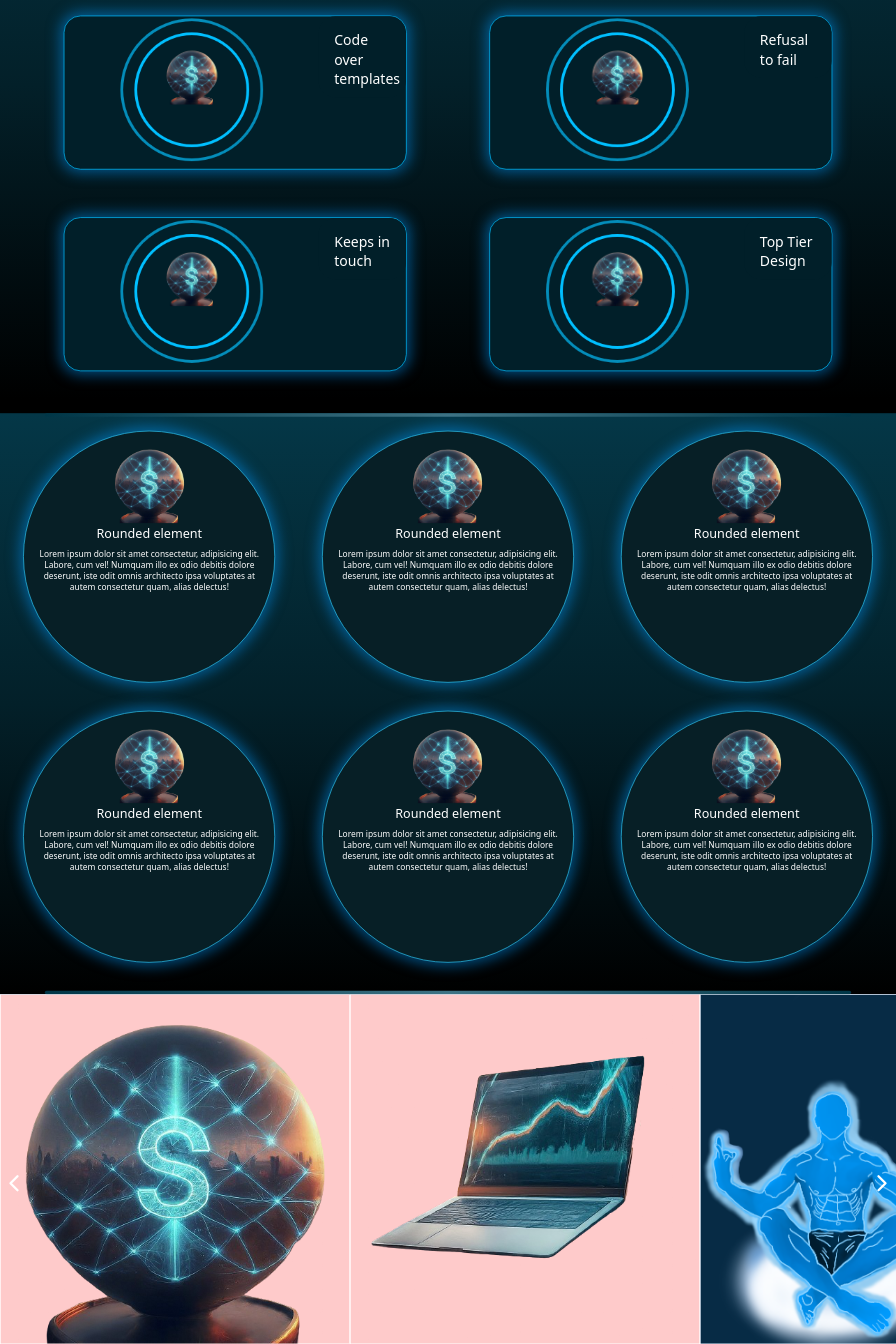
Repository: TMuse333/q3-desings2
Page: /
The author's editor kept a copy of each file at every save. The page is drawn from the files as they stood at one save, then again after the next save.
The browser window is 1280 px wide. The pictures show the part of the page from y = 1046 to 2966 px (the page is 2966 px tall), at 70% of full size.
The project was rebuilt for these pictures with package versions that can differ from the ones it lists, and the page was loaded fresh each time. Also part of the build but not shown: vite.config.ts.

Above is the page before, as saved 2024-05-11 14:05:52.

### src/main.tsx
import React from 'react'
import ReactDOM from 'react-dom/client'
import App from './App.js'
import './index.css'
import {ContextProvider} from './context/context'

ReactDOM.createRoot(document.getElementById('root')!).render(
  <ContextProvider>
  <React.StrictMode>
    <App />
  </React.StrictMode>
  </ContextProvider>,
)

### src/App.tsx


import './App.css'

import Homepage from './components/homepage/homepage'

function App() {


  return (
    <>
<Homepage/>
    </>
  )
}

export default App

### src/index.css
@tailwind base;
@tailwind components;
@tailwind utilities;

#root{
    background-color: black;
    height:100vh;
}

body{
    background-color: black;
}

button{
    padding:0.5rem 2rem;
    background-color: black;
    color:white;
    border-radius: 1rem;
}

h1{
    color:white;
    font-size: 2rem;
}

p{
    color:white;
    /* font-size: 1.5rem; */
}

button{
    background-color: #00769e;
}

.glow {
    box-shadow: 0 0 20px 5px #3e7384;
    box-shadow: 0 0 20px 5px #003647;
box-shadow: 0 0 20px 5px rgba(2, 148, 245, 0.5);
}

.glow:hover{
    box-shadow: 0 0 40px 5px rgba(2, 148, 245, 0.5);
}

### src/context/context.tsx
import React, { createContext, useState, useContext, ReactNode, useEffect } from 'react';

// Define the type for the context value
interface GeneralContextType {
  textYPosition: number;
  setTextYPosition: React.Dispatch<React.SetStateAction<number>>;
  isMobile: boolean;
  setIsMobile: React.Dispatch<React.SetStateAction<boolean>>;
  setSecondCircleComplete:React.Dispatch<React.SetStateAction<boolean[]>>;
  secondCircleComplete: boolean[];
  isMobile2: boolean;
  setIsMobile2: React.Dispatch<React.SetStateAction<boolean>>;
  handleCircleComplete: (index: number, value: boolean) => void;
}

// Create the context
export const GeneralContext = createContext<GeneralContextType | undefined>(undefined);

// Create a provider component
export const ContextProvider: React.FC<{ children: ReactNode }> = ({ children }) => {
  // Initialize the value state
  const [textYPosition, setTextYPosition] = useState<number>(0);

  // Detect mobile devices
  const [isMobile, setIsMobile] = useState<boolean>(window.innerWidth <= 655);

  const [isMobile2, setIsMobile2] = useState<boolean>(window.innerWidth <= 655);

  const [secondCircleComplete, setSecondCircleComplete] = useState<boolean[]>(
    Array.from({ length: 7 }, () => false)
  );

  const handleCircleComplete = (index: number, value: boolean) => {
    setSecondCircleComplete((prev) => {
      const newState = [...prev]; // Create a copy of the previous state array
      newState[index] = value; // Update the value at the specified index
      return newState; // Return the new state array
    });
  };



  useEffect(() => {
    const handleScroll = () => {
      setIsMobile(window.innerWidth <= 655);
    };
    window.addEventListener('scroll', handleScroll);
    handleScroll();

    return () => {
      window.removeEventListener('scroll', handleScroll);
    };
  }, []);

  useEffect(() => {
    const handleScroll = () => {
      setIsMobile2(window.innerWidth <= 400);
    };
    window.addEventListener('scroll', handleScroll);
    handleScroll();

    return () => {
      window.removeEventListener('scroll', handleScroll);
    };
  }, []);

  useEffect(() => {
    console.log('is mobile', isMobile);
  }, [isMobile]);

  const contextValue = {
    textYPosition,
    setTextYPosition,
    isMobile,
    setIsMobile,
    secondCircleComplete,
    setSecondCircleComplete,
    isMobile2,
    setIsMobile2,
    handleCircleComplete
  };

  return <GeneralContext.Provider value={contextValue}>{children}</GeneralContext.Provider>;
};

export const useGeneralContext = (): GeneralContextType => {
  const context = useContext(GeneralContext);
  if (!context) {
    throw new Error('useGeneralContext must be used within a ContextProvider');
  }
  return context;
};

### src/App.css
#root {
  max-width: 1280px;
  margin: 0 auto;
  padding: 2rem;
  text-align: center;
}

.logo {
  height: 6em;
  padding: 1.5em;
  will-change: filter;
  transition: filter 300ms;
}
.logo:hover {
  filter: drop-shadow(0 0 2em #646cffaa);
}
.logo.react:hover {
  filter: drop-shadow(0 0 2em #61dafbaa);
}

.h1{
  color:red;
}

@keyframes logo-spin {
  from {
    transform: rotate(0deg);
  }
  to {
    transform: rotate(360deg);
  }
}

@media (prefers-reduced-motion: no-preference) {
  a:nth-of-type(2) .logo {
    animation: logo-spin infinite 20s linear;
  }
}

.card {
  padding: 2em;
}

.read-the-docs {
  color: #888;
}

### src/components/homepage/homepage.tsx
import React from "react";
import { CircleInfoGraphic } from "../circleInfographic/circleInfoGraphic";
import Content from "../content/content";
import q3 from '../../media/q3-visuals-logo-2.png'
import TextFormat from "../textFormat/textFormat";

// import { TextParallaxContentExample } from "../parallaxText/parallaxText";
import MultiLayerParallax from "../mountainParallax/mountainParallax";
import ParticlesComponent from "../particles/particles";
import nobgLaptop from '../../media/Gemini_Generated_Image_r055a1r055a1r055-removebg-preview.png'
import moneyBall from '../../media/futuristic-money-ball-removebg-preview.png'
import { description1 } from "../../data/data";
import AlternatingText from "../alternatingText/alternatingText";

import CircleList from "../circleListElement/circleList";
import Carousel from "../carousel/carousel";


const Homepage: React.FC = () => {

    const images = [
        moneyBall,
        nobgLaptop,
        q3
    ]


    // useEffect(() => {
    //     const loadTime = window.performance.timing.loadEventEnd - window.performance.timing.navigationStart;
    //     console.log('Page load time:', loadTime, 'milliseconds');
    // }, []);



    return (
        <section className="absolute top-0 left-0 w-screen">


            {/* <ParticlesComponent/> */}
            <MultiLayerParallax/>

            {/* <TextParallaxContentExample/> */}

            {/* <Content
            mainTitle='Your digital presence is important'
            image={nobgLaptop}
            customText={null}
            reverse={true}
            description={description1}
            floatingImage={true}
            hasAnimation={true}
            />

            <AlternatingText/>

            <Content
            mainTitle='Benefits of a website'
            image={moneyBall}
            customText={<TextFormat
            isAnimated={true}
            reverse={false}/>}
            reverse={false}
            description={null}
            floatingImage={true}
            hasAnimation={true}

            /> */}



<div className="relative bg-gradient-to-b from-[#043747] via-[#032029] to-transparent w-screen">
<CircleList/>
</div>

<div className="relative bg-gradient-to-b from-[#043747] via-[#032029] to-transparent w-screen">

<CircleInfoGraphic/>
</div>


<Carousel images={images}

/>




        </section>
    )
}


export default Homepage

### src/components/circleInfographic/circleInfoGraphic.tsx
import React, {useState,useRef } from "react";
import ball from '../../media/futuristic-money-ball-removebg-preview.png'
import { motion,Variants} from 'framer-motion'
import useIntersectionObserver from "../intersectionObserver/intersectionObserver";
interface CircleProps {
    image:string
}

const CircleElement: React.FC<CircleProps> = ({image}) => {

    const [inView, setInView] = useState<boolean>(false)

    const options = {
        root: null,
        rootMargin: '-25px',
        threshold: 1,
    };

    // Apply intersection observer hook to detect when the component is in view
    const componentRef = useIntersectionObserver(setInView, options);

    const circleVariants:Variants =  {
        initial:{
            opacity:0,
            y:-60
        },
        animate:{
            opacity:1,
            y:0
        }
    }

    return (
        <motion.section
        ref={componentRef}
        variants={circleVariants}
        initial='initial'
        animate={inView ? 'animate' : 'initial'}
         className={`mt-5 mb-5
        rounded-full bg-[#071f26] hover:bg-[#0e3a47]
        mr-auto ml-auto transition-all
        h-[95vw] w-[95vw] border border-[#2dc0eb]
        flex flex-col  shadow-xl max-w-[360px]
        max-h-[360px]
        sm:w-[48vw] sm:h-[48vw]
        lg:w-[32vw] lg:h-[32vw]
        ${inView ? 'glow' : ''}`}>

            <div className="mt-4">
            <img className="w-[35vw]
            max-w-[115px] max-h-[115px] h-[35vw]
            sm:w-[10vw] sm:h-[10vw] object-cover
            mr-auto ml-auto"
            src={image}
            />
            <h1 className="text-3xl sm:text-lm lg:text-lg ">Rounded element</h1>
            <p className=" ml-auto mr-auto text-sm sm:text-xs pr-5 pl-5 pt-2">Lorem ipsum dolor sit amet consectetur, adipisicing elit. Labore, cum vel! Numquam illo ex odio debitis dolore deserunt, iste odit omnis architecto ipsa voluptates at autem consectetur quam, alias delectus!</p>
            </div>
        </motion.section>
    )
}


export const CircleInfoGraphic = () => {

    return (
        <>
          <div className="mt-5
        w-[90vw] h-[5px]
         bg-gradient-to-r from-[#003647] via-[#3e7384] to-[#003647]
        ml-auto mr-auto rounded-[200rem]
        ">

       </div>
        <section className={`flex
         justify-center flex-col items-center
          sm:grid sm:grid-cols-2 lg:grid-cols-3
           gap-4 lg:gap-0 w-screen max-w-[1500px]  ml-auto mr-auto
          `}>
            <CircleElement
            image={ball}/>
             <CircleElement
            image={ball}/>
                  <CircleElement
            image={ball}/>
             <CircleElement
            image={ball}/>
             <CircleElement
            image={ball}/>
                  <CircleElement
            image={ball}/>
        </section>
        <div className="mt-5
        w-[90vw] h-[5px]
         bg-gradient-to-r from-[#003647] via-[#3e7384] to-[#003647]
        ml-auto mr-auto rounded-[200rem]">

       </div>
       </>
    )
}

### src/components/mountainParallax/mountainParallax.tsx
import  { useRef } from "react";
import bottom from '../../media/bottom-mountain.png'

import full from '../../media/no-bg-mountain.png'
import q3 from '../../media/q3-words.png'
import { motion, useScroll, useTransform } from 'framer-motion'

export default function MultiLayerParallax() {
    const ref = useRef(null);
    const { scrollYProgress } = useScroll({
      target: ref,
      offset: ["start start", "end start"],
    });
    const backgroundY = useTransform(scrollYProgress, [0, 1], ["0%", "100%"]);
    const textY = useTransform(scrollYProgress, [0, 1], ["-20%", "200%"]);

    return (
      <div
        ref={ref}
        className="w-full h-screen overflow-hidden relative grid place-items-center"
      >
       {/* <motion.div className="z-10 relative"
         style={{ y: textY }}> */}
        <motion.img
style={{
    y:textY
}}
        src={q3}
          className="relative z-10 b"
        />
        {/* <motion.h1 className="relative z-10"
        style={{
            y:textY
        }}>
            slatry
        </motion.h1> */}


        <motion.p style={{
             y:textY
        }}
         className="text-white text-2xl relative z-10  mt-[-30rem] sm:-mt-[40rem]">Elevating Brands with discipline and creativity
         </motion.p>
         {/* </motion.div> */}


        <motion.div
          className="absolute inset-0 z-0"
          style={{
            backgroundImage: `url(${full})`,
            backgroundPosition: "bottom",
            backgroundSize: "cover",
            y: backgroundY,
          }}
        />
        <div
          className="absolute inset-0 z-20"
          style={{
            backgroundImage: `url(${bottom})`,
            backgroundPosition: "bottom",
            backgroundSize: "cover",
          }}
        />
      </div>
    );
  }

### src/components/circleListElement/circleList.tsx
import React, {useState} from "react";
import AppearingCircle from "../circleContent/appearingCircle";
import ball from '../../media/futuristic-money-ball-removebg-preview.png'
import {motion, Variants} from 'framer-motion'
import { useGeneralContext } from "../../context/context";
import laptop from '../../media/Gemini_Generated_Image_r055a1r055a1r055-removebg-preview.png'
import useIntersectionObserver from "../intersectionObserver/intersectionObserver";

interface CircleProps {
    image:string,
    title: string,
    description:string

    index:number
secondCircleComplete: boolean,
handleCircleComplete: (index: number, value: boolean) => void;
}

const CircleListElement: React.FC<CircleProps> = ({image,title, description,
    handleCircleComplete,secondCircleComplete,index
}) => {

    const [descriptionClicked, setDescriptionClicked] = useState<boolean>(false)

    function handleDescriptionClick() {
        setDescriptionClicked(!descriptionClicked)
    }





    const { isMobile }  = useGeneralContext()

    const headerVariants: Variants = {
        initial:{
            opacity:0,
            y: isMobile ? -20 : 0,
        },
        animate:{
            opacity:1,
            y:0,
            transition:{
                delay: 0.3
            }
        }

    }




    return (
        <div className=" relative flex glow justify-center  md:h-[220px]
        h-[220px] sm:h-[auto]
        md:flex-row w-[calc(100vw-5px)]  md:w-[40vw] sm2:w-[40vw] items-center sm:items-start mb-10 md:mt-3 bg-[#011f29]
        rounded-3xl max-w-[490px] ml-auto mr-auto border border-q-blue">
<AppearingCircle
secondCircleComplete={secondCircleComplete}
handleCircleComplete={handleCircleComplete}
image={image}
index={index}


/>
<section className="relative text-left pr-0 flex flex-col bg-[#011f29] rounded-3xl
h-auto min-h-0 max-h-full   items-center z-1">
<motion.h1
onClick={handleDescriptionClick}
variants={headerVariants}
initial={'initial'}
animate={secondCircleComplete ? 'animate' : 'initial'}
 className="text-white text-xl w-[80px]  ml-auto mr-auto mt-5
 "
>{title}
 </motion.h1>

<p className={`rounded-lg text-left mt-3 pl-3 pr-3 bg-blue-600 transition-height ease-in duration-300 bg-blue-800 ${descriptionClicked ? ' h-[220px] w-[125px] overflow-scroll pt-5 border-2 border-rose-500' : 'h-0 w-[125px]  overflow-hidden pt-0'}`}>
  {description}
</p>
</section>

        </div>
    )
}



const CircleList: React.FC = () => {

    const {secondCircleComplete, handleCircleComplete}
    = useGeneralContext()

    return (
        <>
        <h1>We get it done</h1>
 <section className="relative
         sm2:grid sm2:grid-cols-2 gap-4 max-w-[1200px] ml-auto
         mr-auto justify-center items-center
">
            {/* <div className="-translate-x-5"> */}
            <CircleListElement
            handleCircleComplete={handleCircleComplete}
            secondCircleComplete={secondCircleComplete[0]}
        index={0}
            image={ball}
            title='Absolute Tenacity'
            description='Be a man of your word'
            />
            {/* </div> */}
            <CircleListElement
            secondCircleComplete={secondCircleComplete[1]}
            handleCircleComplete={handleCircleComplete}
            index={1}
            image={laptop}

            title='Extreme Discipline'
            description='Gym. Code. Quantum Realm. Repeat'
            />

            <CircleListElement
            secondCircleComplete={secondCircleComplete[2]}
            handleCircleComplete={handleCircleComplete}
            index={2}
            image={ball}
            title='Code over templates'
            description='We are not template using pussies we write banging code'
            />

            <CircleListElement
            secondCircleComplete={secondCircleComplete[3]}
            handleCircleComplete={handleCircleComplete}
            index={3}
            image={ball}
            title='Refusal to fail'
            description='Gym. Code. Quantum Realm. Repeat'
            />

<CircleListElement
secondCircleComplete={secondCircleComplete[4]}
handleCircleComplete={handleCircleComplete}
index={4}
            image={ball}
            title='Keeps in touch'
            description='We are not template using pussies we write banging code'
            />

            <CircleListElement
            secondCircleComplete={secondCircleComplete[5]}
            handleCircleComplete={handleCircleComplete}
            index={5}
            image={ball}
            title='Top Tier Design'
            description='Gym. Code. Quantum Realm. Repeat'
            />



        </section>
        </>
    )
}

export default CircleList

### src/components/carousel/carousel.tsx
import React, {useState} from 'react'
import { ChevronLeft, ChevronRight } from "react-feather";

interface CarouselProps {
    images:string[]
}


const Carousel:React.FC<CarouselProps> = ({images}) =>{

    const [imageIndex, setImageIndex] = useState<number>(0)

    const handleNext = () => {
        setImageIndex((prevIndex) => (prevIndex + 1) % images.length);
      };

      const handlePrev = () => {
        setImageIndex((prevIndex) => (prevIndex - 1 + images.length) % images.length);
      };

    return (
        <>

        <div className='w-screen bg-blue-200 z-3'>


        <section className='overflow-hidden relative  '>

            <div className='flex  relative '
             >
                {images.map((image,index) => (
                    <img src={image}
                    key={index}
                    className='transition-transform bg-red-200
                    h-[500px]
                    border border-white
                    '
                    style={{
                        transform:`translateX(-${imageIndex * 100}%)`
                    }}

                    />
                ))}
                    <div className=' w-[100%]
                    flex flex-row justify-between
                    top-[50%]'>



                <button className='bg-transparent absolute
                left-[0%] top-[50%] p-0'>
                    <ChevronLeft
                    onClick={handlePrev}
                    size={40}/>
                </button>

                <button className='bg-transparent absolute
                right-[0%] top-[50%] p-0'>
                 <ChevronRight
                 onClick={handleNext}
                 size={40}/>
                </button>
            </div>
            </div>
        </section>
        </div>
            </>

    )
}

export default Carousel

### src/components/intersectionObserver/intersectionObserver.tsx
import { useEffect, useRef, Dispatch, SetStateAction } from "react";

interface IntersectionObserverOptions {
  root: Element | null;
  rootMargin?: string;
  threshold?: number | number[];
}

const useIntersectionObserver = (
  setInView: Dispatch<SetStateAction<boolean>>,
  options: IntersectionObserverOptions
) => {
  const componentRef = useRef<HTMLDivElement>(null);

  useEffect(() => {
    const observer = new IntersectionObserver(([entry]) => {
      // Update the state based on whether the component is in view
      if (entry.isIntersecting) {
        setInView(true);
        observer.disconnect();
      }
    }, options);

    if (componentRef.current) {
      observer.observe(componentRef.current);
    }

    return () => {
      if (componentRef.current) {
        observer.unobserve(componentRef.current);
      }
    };
  }, [setInView, options]);

  return componentRef;
};

export default useIntersectionObserver;

Loaded but not shown: index.html (common file); tailwind.config.js (21 lines, source omitted); src/components/circleContent/appearingCircle.tsx (297 lines, source omitted)

After the next save:
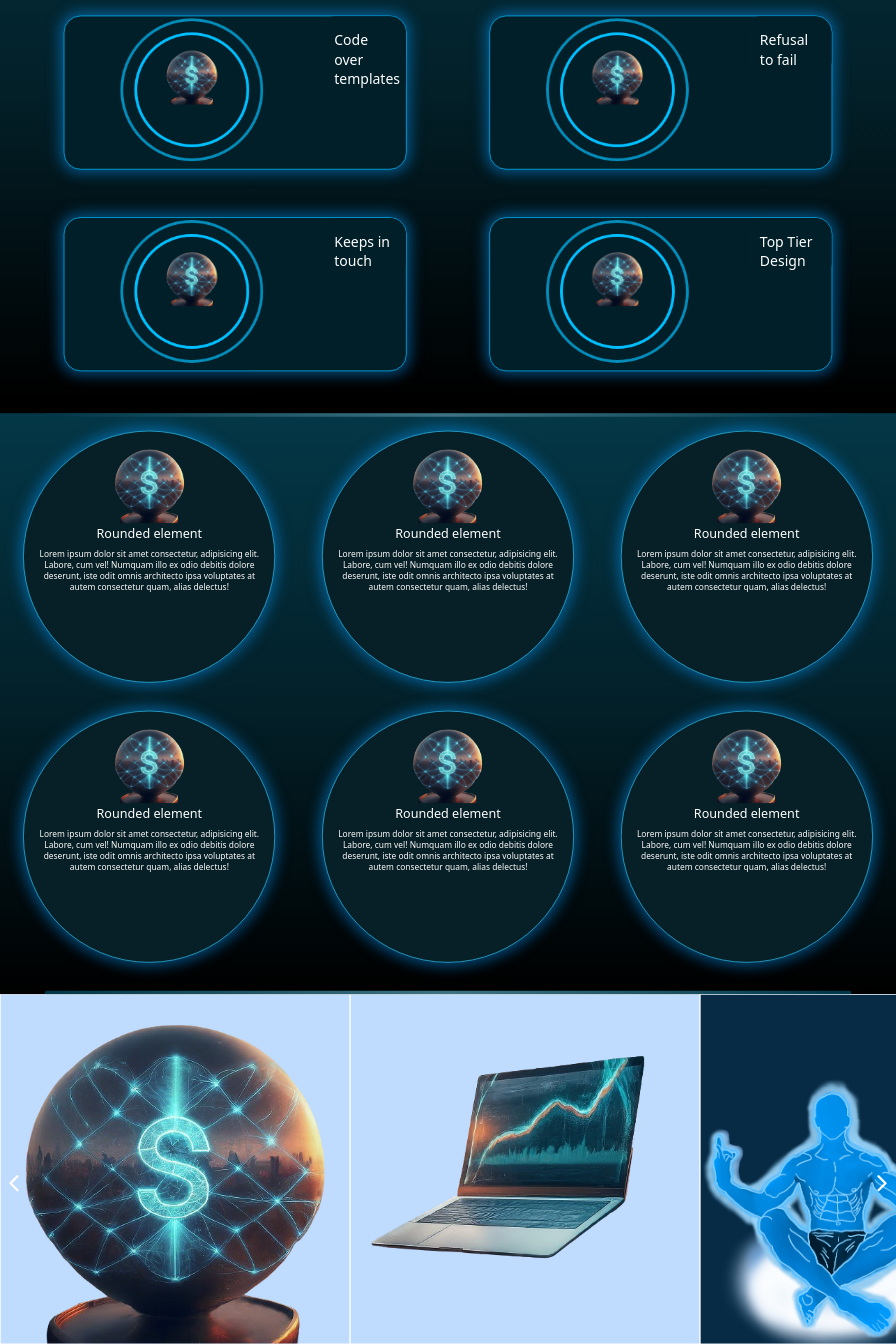
Saved 16 s later.
--- a/src/components/carousel/carousel.tsx
+++ b/src/components/carousel/carousel.tsx
@@ -31,7 +31,7 @@ const Carousel:React.FC<CarouselProps> = ({images}) =>{
                 {images.map((image,index) => (
                     <img src={image}
                     key={index}
-                    className='transition-transform bg-red-200
+                    className='transition-transform
                     h-[500px]
                     border border-white
                     '
